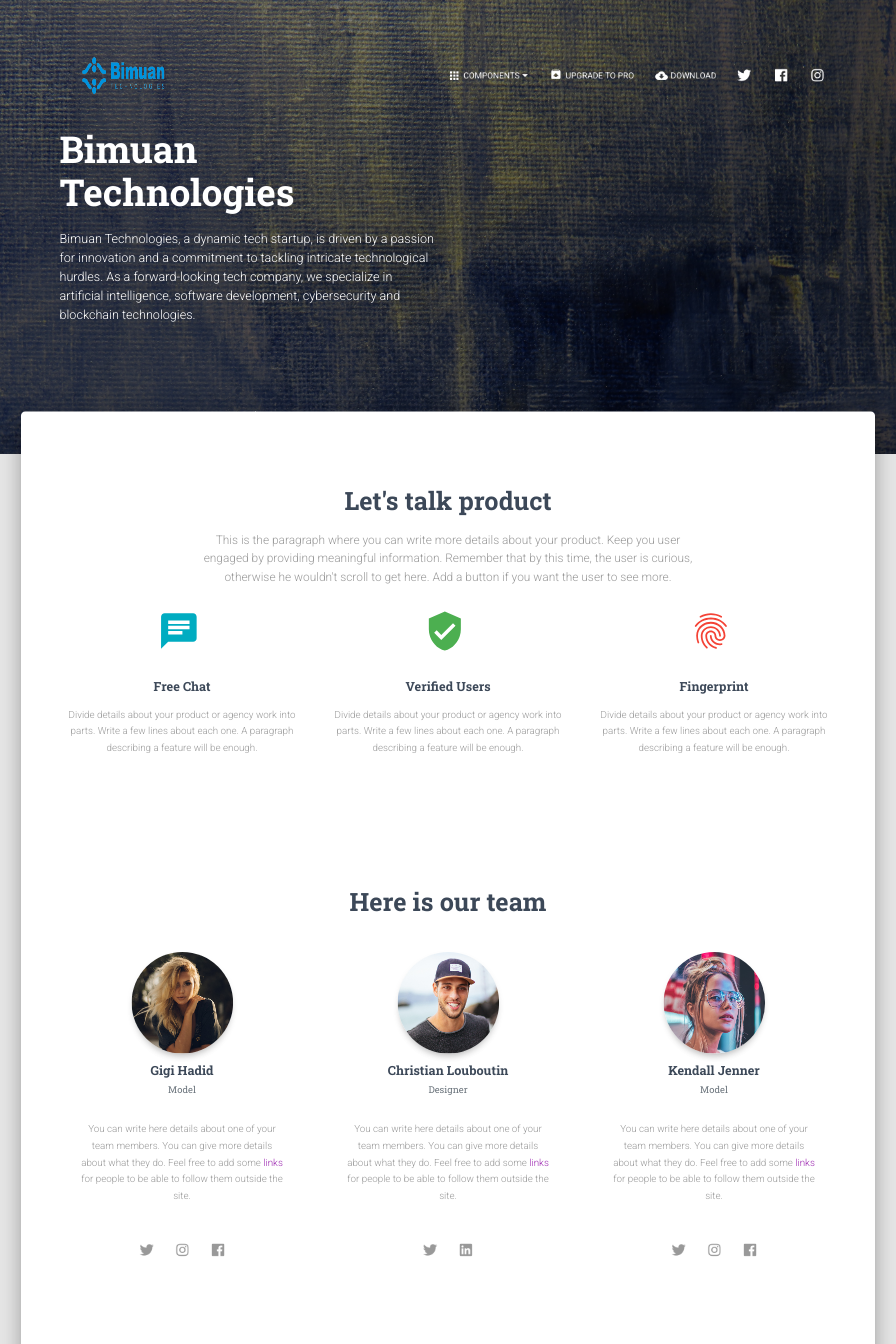
Repository: marcusdashe/bimuan-tech
Page: /
These files come from the project's save history. The page is drawn as it stood at one moment and after the next save; the edit follows.
The browser window is 1280 px wide. The pictures show the part of the page from y = 0 to 1920 px (the page is 2679 px tall), at 70% of full size.
Some web libraries are served in a nearby version. The project was rebuilt for these pictures with package versions that can differ from the ones it lists, and the page was loaded fresh each time. The framework's server and built-in components were replaced by stand-ins that run in the browser. Also part of the build but not shown: next.config.js.

Above is the page before, as saved 2023-10-30 14:04:42.

After the next save:
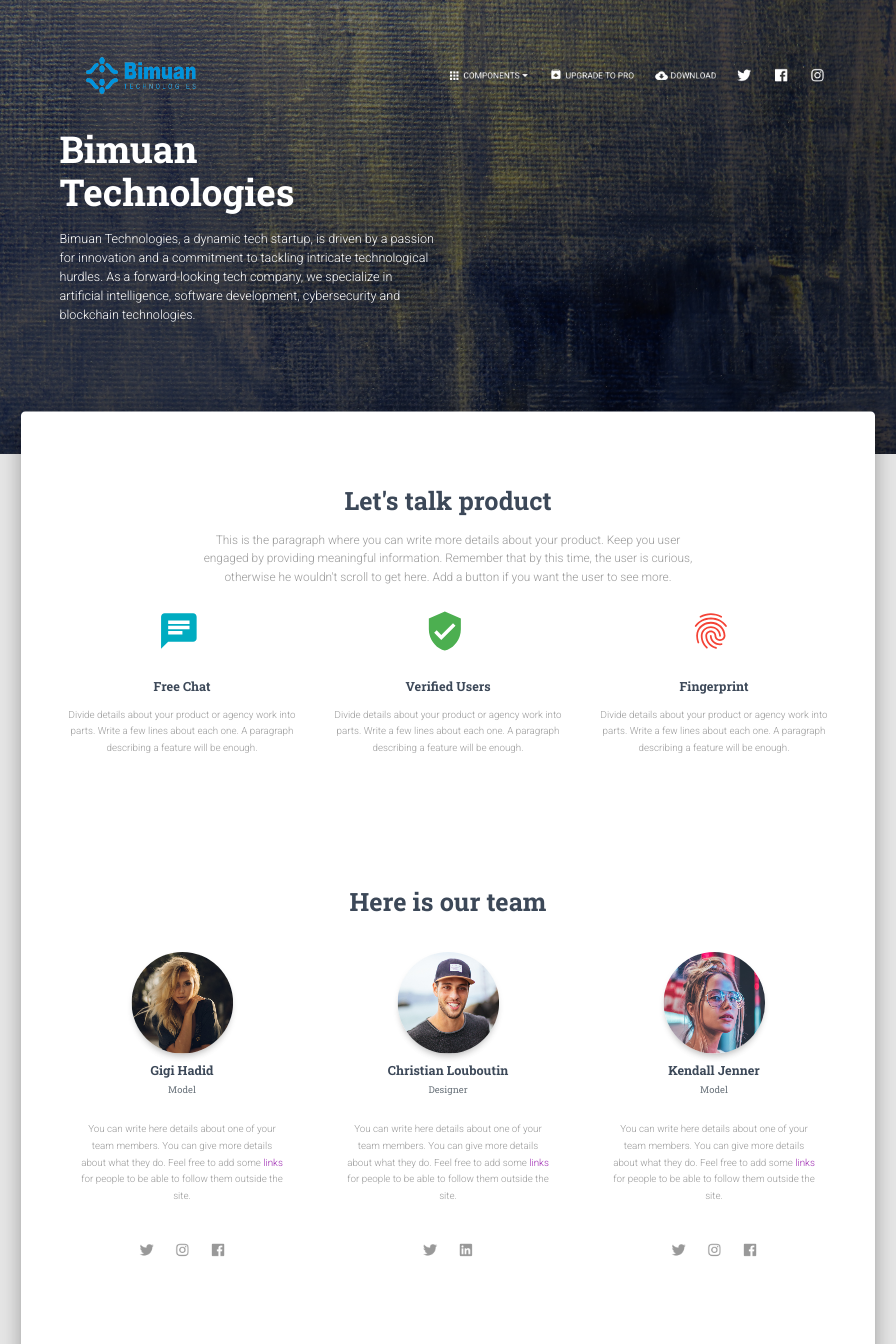
Saved 14 s later.
--- a/components/Header/Header.js
+++ b/components/Header/Header.js
@@ -65,7 +65,7 @@
   const brandComponent = (
     <Link href="/" as="/components">
       <Button className={classes.title}>
-        <Image src="/img/logo.png" width={150} height={150} />
+        <Image src="/img/logo.png" width={200} height={150} />
       </Button>
     </Link>
   );
